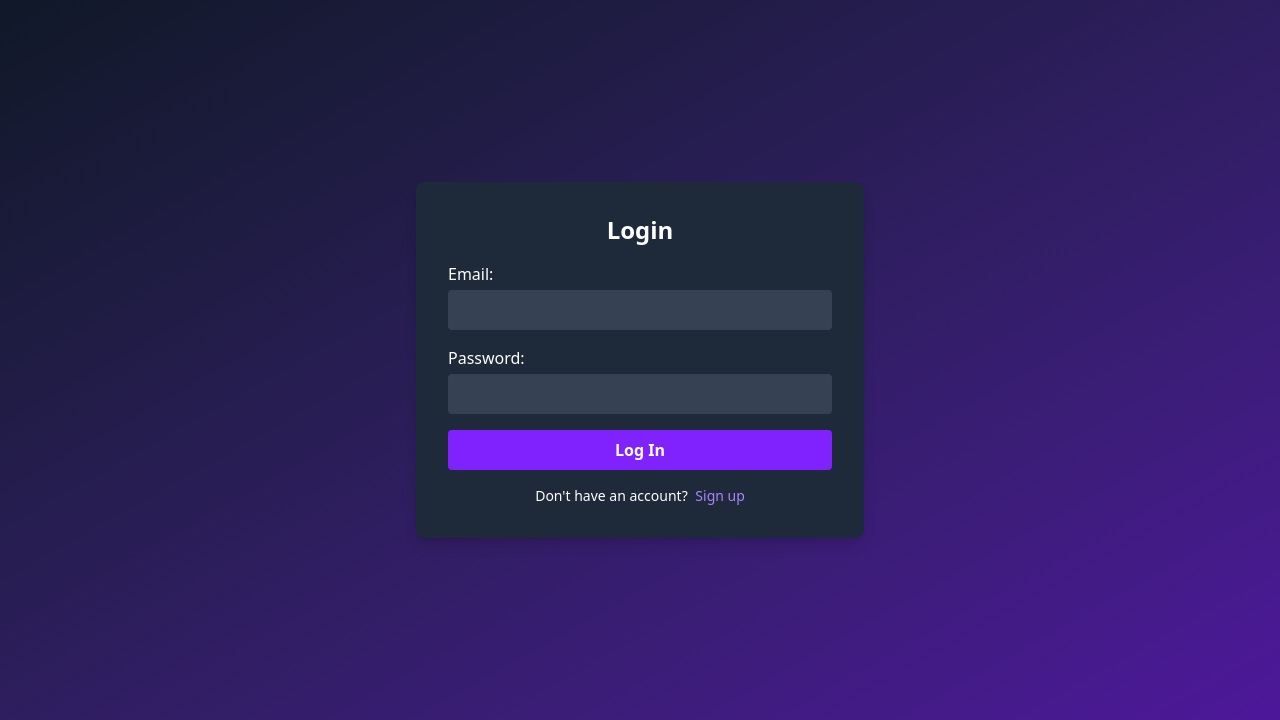
Repository: Marvin-Maina/blogsitev2
Page: /signup
An editor plug-in stored every save of this project. The page is shown before and after the next save, followed by the edit.
The browser window is 1280 px wide. The pictures show the whole page.
The project was rebuilt for these pictures with package versions that can differ from the ones it lists, and the page was loaded fresh each time. Also part of the build but not shown: vite.config.js, src/components/ThemeToggle.jsx, src/components/Sidebar.jsx, src/pages/Writerdashboard.jsx, src/components/ArticleModal.jsx, src/pages/UserDashboard.jsx, src/pages/Admindashboard.jsx, src/pages/ContentEditor.jsx and 3 more.

Above is the page before, as saved 2025-04-16 18:18:14.

### src/main.jsx
import React from 'react';
import ReactDOM from 'react-dom/client';
import App from './App';
import { BrowserRouter } from 'react-router-dom';
import AuthProvider from './pages/Authprovider';
import './index.css'

ReactDOM.createRoot(document.getElementById('root')).render(
  <React.StrictMode>
    <BrowserRouter>
      <AuthProvider>
        <App />
      </AuthProvider>
    </BrowserRouter>
  </React.StrictMode>
);

### src/App.jsx
import React, { useState, useContext } from "react";
import { Routes, Route, Navigate } from "react-router-dom";
import Sidebar from "./components/Sidebar";
import Signup from "./pages/Signup";
import WriterDashboard from './pages/WriterDashboard';
import UserDashboard from "./pages/UserDashboard";
import AdminDashboard from "./pages/Admindashboard";
import ContentEditor from "./pages/ContentEditor";
import ArticleList from './pages/ArticleList';
import MediaPage from "./pages/Media";
import ProfilePage from "./pages/ProfilePage";

import { ThemeProvider, ThemeContext } from "./ThemeContext";

const Layout = ({ children }) => {
  const [isCollapsed, setIsCollapsed] = useState(false);
  const { isDarkMode } = useContext(ThemeContext);

  return (
    <div className={`flex h-screen ${isDarkMode ? "bg-gray-950 text-white" : "bg-gray-50 text-gray-800"}`}>
      <Sidebar isCollapsed={isCollapsed} toggleCollapse={() => setIsCollapsed(prev => !prev)} />
      <main className={`transition-all duration-300 flex-1 p-4 ${isCollapsed ? "ml-16" : "ml-64"}`}>
        {children}
      </main>
    </div>
  );
};

function App() {
  const user = JSON.parse(localStorage.getItem("user"));

  return (
    <ThemeProvider>
      <Routes>
        {/* Auth page - no sidebar */}
        <Route path="/signup" element={<Signup />} />

        {/* Protect all other routes unless user exists */}
        {!user && <Route path="*" element={<Navigate to="/signup" replace />} />}

        {user && (
          <>
            <Route path="/" element={<Navigate to={`/${user.role}-dashboard`} replace />} />

            <Route
              path="/writer-dashboard"
              element={
                user.role === "writer" ? (
                  <Layout><WriterDashboard /></Layout>
                ) : (
                  <Navigate to="/user-dashboard" replace />
                )
              }
            />

            <Route
              path="/admin-dashboard"
              element={
                user.role === "admin" ? (
                  <Layout><AdminDashboard /></Layout>
                ) : (
                  <Navigate to="/user-dashboard" replace />
                )
              }
            />

            <Route path="/user-dashboard" element={<Layout><UserDashboard /></Layout>} />
            <Route path="/ContentEditor" element={<Layout><ContentEditor /></Layout>} />
            <Route path="/articles" element={<Layout><ArticleList /></Layout>} />
            <Route path="/media" element={<Layout><MediaPage /></Layout>} />
            <Route path="/profile" element={<Layout><ProfilePage /></Layout>} />
            <Route path="*" element={<Navigate to="/" replace />} />
          </>
        )}
      </Routes>
    </ThemeProvider>
  );
}

export default App;

### src/pages/Authprovider.jsx
import { createContext, useContext, useState, useEffect } from 'react';

const AuthContext = createContext();

const AuthProvider = ({ children }) => {
  const [user, setUser] = useState(() => {
    const storedUser = localStorage.getItem('user');
    return storedUser ? JSON.parse(storedUser) : null;
  });

  const [role, setRole] = useState(null);
  const [loading, setLoading] = useState(true);

  useEffect(() => {
    console.log('User info:', user);
  }, [user]);

  useEffect(() => {
    const storedUser = JSON.parse(localStorage.getItem('user'));
    const storedRole = localStorage.getItem('role');

    if (storedUser && storedRole) {
      setUser(storedUser);
      setRole(storedRole);
    }

    setLoading(false);
  }, []);

  const login = (userData, role) => {
    setUser(userData);
    setRole(role);
    localStorage.setItem('user', JSON.stringify(userData));
    localStorage.setItem('role', role);
  };

  const logout = () => {
    setUser(null);
    setRole(null);
    localStorage.removeItem('user');
    localStorage.removeItem('role');
  };

  return (
    <AuthContext.Provider value={{ user, role, login, logout, loading }}>
      {children}
    </AuthContext.Provider>
  );
};

export const useAuth = () => useContext(AuthContext);
export default AuthProvider;

### src/pages/Signup.jsx
import React, { useState, useEffect } from "react";
import { useNavigate } from "react-router-dom";

const SignupLogin = () => {
  const [isLogin, setIsLogin] = useState(true);
  const [name, setName] = useState("");
  const [email, setEmail] = useState("");
  const [password, setPassword] = useState("");
  const [role, setRole] = useState("user");

  const navigate = useNavigate();

  useEffect(() => {
    if (email === "admin@admin.com") {
      setRole("admin");
    }
  }, [email]);

  const handleSubmit = (e) => {
    e.preventDefault();

    const users = JSON.parse(localStorage.getItem("users")) || [];

    if (isLogin) {
      const existingUser = users.find(
        (u) => u.email === email && u.password === password
      );

      if (existingUser) {
        localStorage.setItem("user", JSON.stringify(existingUser));
        navigate(`/${existingUser.role}-dashboard`);
      } else {
        alert("Invalid credentials");
      }
    } else {
      const userExists = users.some((u) => u.email === email);
      if (userExists) {
        alert("User already exists");
        return;
      }

      const newUser = {
        name,
        email,
        password,
        role: email === "admin@admin.com" ? "admin" : role,
      };

      users.push(newUser);
      localStorage.setItem("users", JSON.stringify(users));
      alert("Signup successful! You can now log in.");
      setIsLogin(true);
    }
  };

  return (
    <div className="flex justify-center items-center h-screen bg-gradient-to-br from-gray-900 to-violet-900">
      <div className="bg-gray-800 text-white p-8 rounded-lg shadow-lg w-full max-w-md">
        <h2 className="text-2xl font-bold mb-4 text-center">
          {isLogin ? "Login" : "Sign Up"}
        </h2>

        <form onSubmit={handleSubmit} className="space-y-4">
          {!isLogin && (
            <div>
              <label className="block mb-1">Name:</label>
              <input
                className="w-full px-4 py-2 rounded bg-gray-700 text-white"
                type="text"
                value={name}
                onChange={(e) => setName(e.target.value)}
                required
              />
            </div>
          )}

          <div>
            <label className="block mb-1">Email:</label>
            <input
              className="w-full px-4 py-2 rounded bg-gray-700 text-white"
              type="email"
              value={email}
              onChange={(e) => setEmail(e.target.value)}
              required
            />
          </div>

          <div>
            <label className="block mb-1">Password:</label>
            <input
              className="w-full px-4 py-2 rounded bg-gray-700 text-white"
              type="password"
              value={password}
              onChange={(e) => setPassword(e.target.value)}
              required
            />
          </div>

          {!isLogin && email !== "admin@admin.com" && (
            <div>
              <label className="block mb-1">Role:</label>
              <select
                className="w-full px-4 py-2 rounded bg-gray-700 text-white"
                value={role}
                onChange={(e) => setRole(e.target.value)}
              >
                <option value="user">User</option>
                <option value="writer">Writer</option>
              </select>
            </div>
          )}

          <button
            type="submit"
            className="w-full bg-violet-600 hover:bg-violet-700 transition duration-200 px-4 py-2 rounded font-semibold"
          >
            {isLogin ? "Log In" : "Sign Up"}
          </button>
        </form>

        <p className="mt-4 text-sm text-center">
          {isLogin ? "Don't have an account?" : "Already have an account?"}{" "}
          <button
            className="text-violet-400 hover:underline ml-1"
            onClick={() => setIsLogin(!isLogin)}
          >
            {isLogin ? "Sign up" : "Log in"}
          </button>
        </p>
      </div>
    </div>
  );
};

export default SignupLogin;

### src/ThemeContext.jsx
import React, { createContext, useState, useEffect, useContext } from "react";

// Create the context
export const ThemeContext = createContext();

// Create the ThemeProvider component
export const ThemeProvider = ({ children }) => {
  const [isDarkMode, setIsDarkMode] = useState(false);

  // Load the theme preference from localStorage on initial load
  useEffect(() => {
    const savedTheme = localStorage.getItem("theme");
    if (savedTheme === "dark") {
      setIsDarkMode(true);
    } else {
      setIsDarkMode(false);
    }
  }, []);

  // Save the theme preference to localStorage whenever it changes
  useEffect(() => {
    localStorage.setItem("theme", isDarkMode ? "dark" : "light");
  }, [isDarkMode]);

  return (
    <ThemeContext.Provider value={{ isDarkMode, setIsDarkMode }}>
      {children}
    </ThemeContext.Provider>
  );
};

// Create a custom hook to use the theme context
export const useTheme = () => {
  return useContext(ThemeContext);
};

Loaded but not shown: index.html (common file); src/index.css (common file)

After the next save:
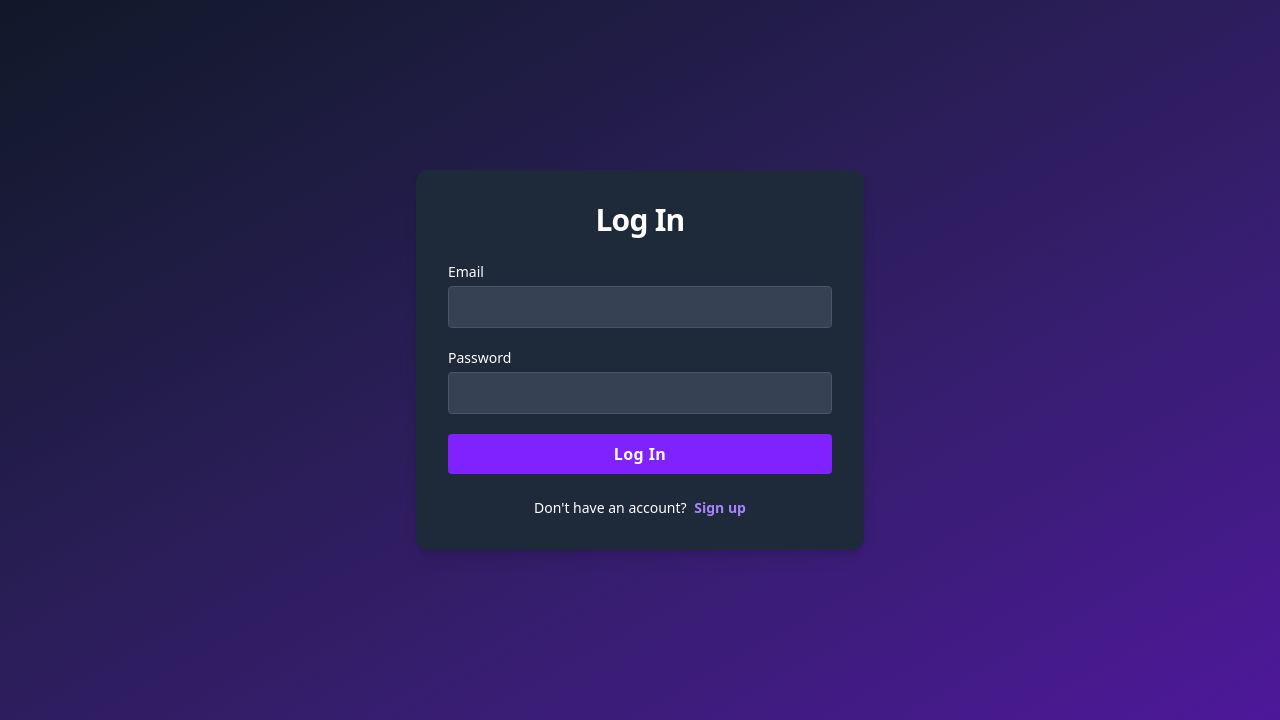
Saved 2 h 17 min later.
--- a/src/pages/Signup.jsx
+++ b/src/pages/Signup.jsx
@@ -11,7 +11,7 @@ const SignupLogin = () => {
   const navigate = useNavigate();
 
   useEffect(() => {
-    if (email === "admin@admin.com") {
+    if (email.trim().toLowerCase() === "admin@admin.com") {
       setRole("admin");
     }
   }, [email]);
@@ -30,16 +30,17 @@ const SignupLogin = () => {
         localStorage.setItem("user", JSON.stringify(existingUser));
         navigate(`/${existingUser.role}-dashboard`);
       } else {
-        alert("Invalid credentials");
+        alert("Invalid credentials.");
       }
     } else {
       const userExists = users.some((u) => u.email === email);
       if (userExists) {
-        alert("User already exists");
+        alert("User already exists.");
         return;
       }
 
       const newUser = {
+        id: crypto.randomUUID(),
         name,
         email,
         password,
@@ -54,55 +55,55 @@ const SignupLogin = () => {
   };
 
   return (
-    <div className="flex justify-center items-center h-screen bg-gradient-to-br from-gray-900 to-violet-900">
-      <div className="bg-gray-800 text-white p-8 rounded-lg shadow-lg w-full max-w-md">
-        <h2 className="text-2xl font-bold mb-4 text-center">
-          {isLogin ? "Login" : "Sign Up"}
+    <div className="flex justify-center items-center min-h-screen bg-gradient-to-br from-gray-900 to-violet-900 text-white px-4">
+      <div className="bg-gray-800 w-full max-w-md p-8 rounded-xl shadow-lg">
+        <h2 className="text-3xl font-extrabold text-center mb-6 tracking-tight">
+          {isLogin ? "Log In" : "Sign Up"}
         </h2>
 
-        <form onSubmit={handleSubmit} className="space-y-4">
+        <form onSubmit={handleSubmit} className="space-y-5">
           {!isLogin && (
             <div>
-              <label className="block mb-1">Name:</label>
+              <label className="block text-sm mb-1">Name</label>
               <input
-                className="w-full px-4 py-2 rounded bg-gray-700 text-white"
                 type="text"
                 value={name}
                 onChange={(e) => setName(e.target.value)}
                 required
+                className="w-full px-4 py-2 bg-gray-700 border border-gray-600 rounded focus:outline-none focus:ring-2 focus:ring-violet-500"
               />
             </div>
           )}
 
           <div>
-            <label className="block mb-1">Email:</label>
+            <label className="block text-sm mb-1">Email</label>
             <input
-              className="w-full px-4 py-2 rounded bg-gray-700 text-white"
               type="email"
               value={email}
               onChange={(e) => setEmail(e.target.value)}
               required
+              className="w-full px-4 py-2 bg-gray-700 border border-gray-600 rounded focus:outline-none focus:ring-2 focus:ring-violet-500"
             />
           </div>
 
           <div>
-            <label className="block mb-1">Password:</label>
+            <label className="block text-sm mb-1">Password</label>
             <input
-              className="w-full px-4 py-2 rounded bg-gray-700 text-white"
               type="password"
               value={password}
               onChange={(e) => setPassword(e.target.value)}
               required
+              className="w-full px-4 py-2 bg-gray-700 border border-gray-600 rounded focus:outline-none focus:ring-2 focus:ring-violet-500"
             />
           </div>
 
-          {!isLogin && email !== "admin@admin.com" && (
+          {!isLogin && email.trim().toLowerCase() !== "admin@admin.com" && (
             <div>
-              <label className="block mb-1">Role:</label>
+              <label className="block text-sm mb-1">Role</label>
               <select
-                className="w-full px-4 py-2 rounded bg-gray-700 text-white"
                 value={role}
                 onChange={(e) => setRole(e.target.value)}
+                className="w-full px-4 py-2 bg-gray-700 border border-gray-600 rounded focus:outline-none"
               >
                 <option value="user">User</option>
                 <option value="writer">Writer</option>
@@ -112,17 +113,17 @@ const SignupLogin = () => {
 
           <button
             type="submit"
-            className="w-full bg-violet-600 hover:bg-violet-700 transition duration-200 px-4 py-2 rounded font-semibold"
+            className="w-full bg-violet-600 hover:bg-violet-700 transition duration-200 px-4 py-2 rounded font-bold tracking-wide"
           >
             {isLogin ? "Log In" : "Sign Up"}
           </button>
         </form>
 
-        <p className="mt-4 text-sm text-center">
+        <p className="mt-6 text-sm text-center">
           {isLogin ? "Don't have an account?" : "Already have an account?"}{" "}
           <button
-            className="text-violet-400 hover:underline ml-1"
             onClick={() => setIsLogin(!isLogin)}
+            className="text-violet-400 hover:text-violet-300 font-semibold ml-1"
           >
             {isLogin ? "Sign up" : "Log in"}
           </button>
